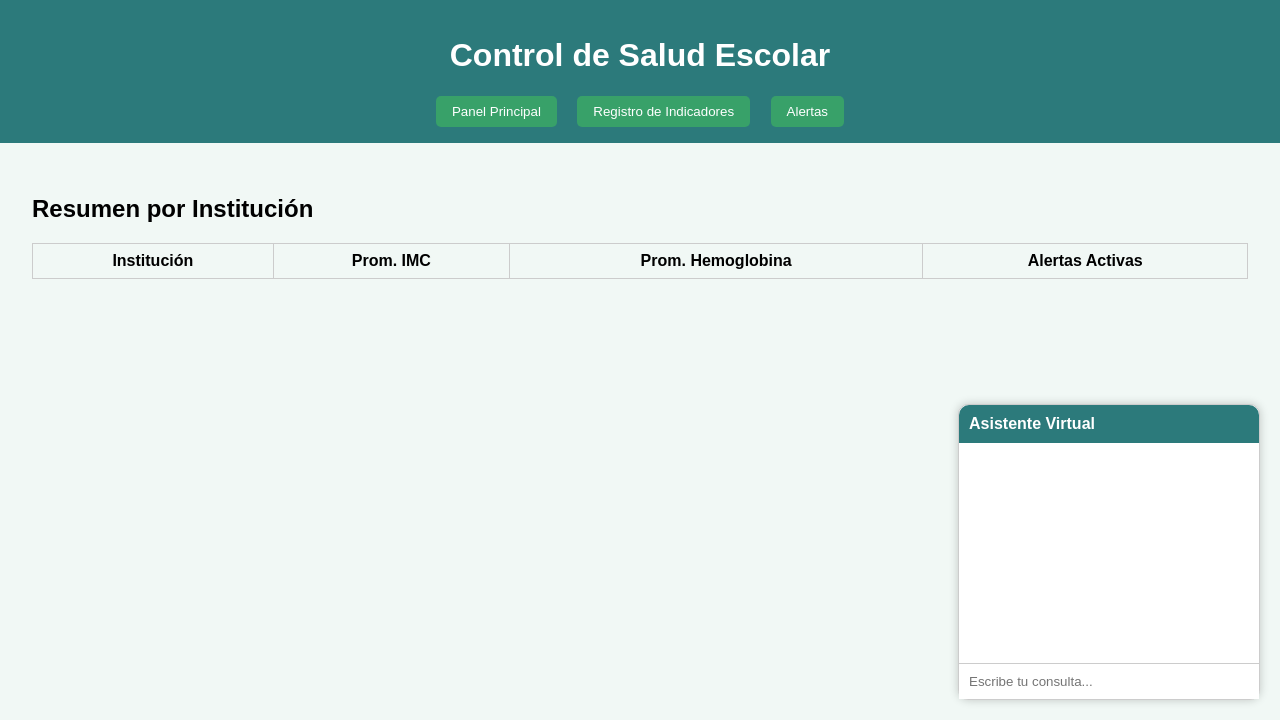
Repository: Eduardoaguic/control-salud-escolar
Page: index.html
An editor plug-in stored every save of this project. The page is shown before and after the next save, followed by the edit.
The browser window is 1280 px wide. The pictures show the whole page.

Above is the page before, as saved 2025-05-26 01:29:16.

After the next save:
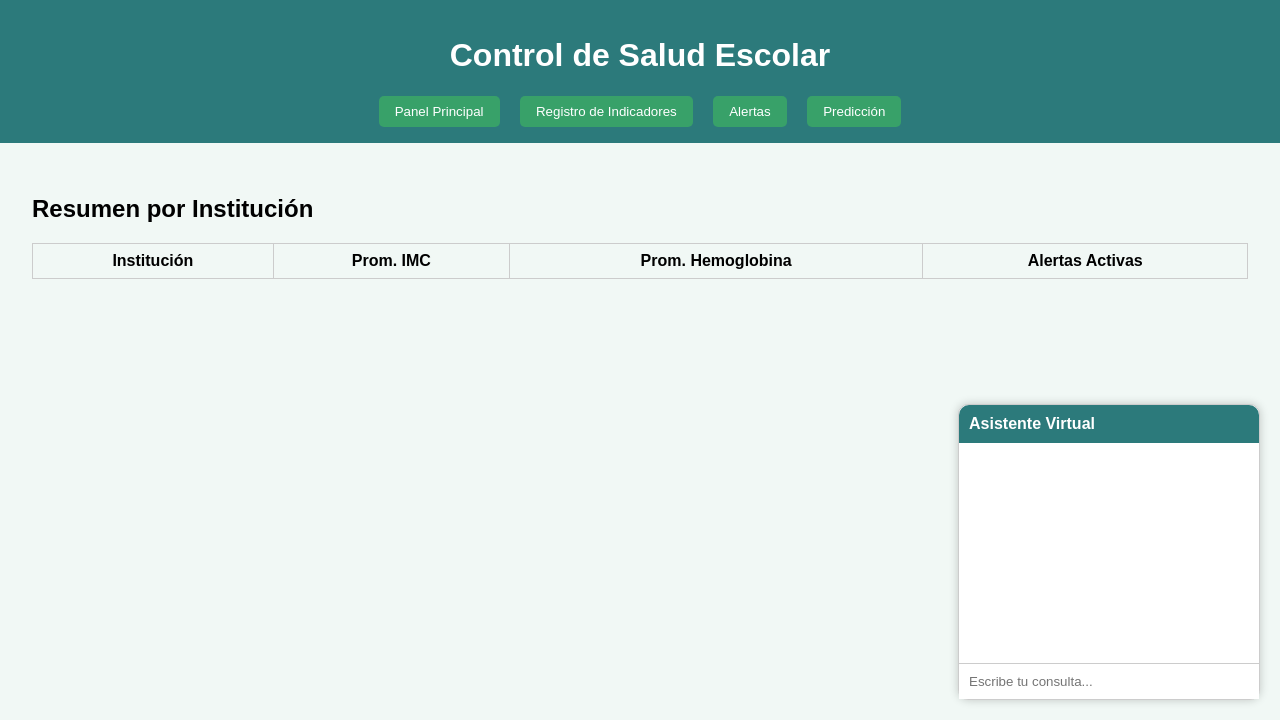
Saved 3 min 35 s later.
--- a/index.html
+++ b/index.html
@@ -13,6 +13,7 @@
       <button onclick="mostrarSeccion('panel')">Panel Principal</button>
       <button onclick="mostrarSeccion('registro')">Registro de Indicadores</button>
       <button onclick="mostrarSeccion('alertas')">Alertas</button>
+      <button onclick="mostrarSeccion('prediccion')">Predicción</button>
     </nav>
   </header>
 
@@ -21,10 +22,10 @@
     <div id="chatbot" class="chatbot">
       <div class="chatbot-header">Asistente Virtual</div>
       <div class="chatbot-body" id="chatbody"></div>
-      <input type="text" id="userInput" placeholder="Escribe tu consulta..." onkeydown="if(event.key==='Enter'){enviarPregunta()}">
+      <input type="text" id="userInput" placeholder="Escribe tu consulta..." onkeydown="if(event.key==='Enter'){enviarPregunta()}" />
     </div>
 
-    <!-- Sección: Panel Principal -->
+    <!-- Panel Principal -->
     <section id="panel" class="seccion visible">
       <h2>Resumen por Institución</h2>
       <table>
@@ -42,7 +43,7 @@
       </table>
     </section>
 
-    <!-- Sección: Registro de Indicadores -->
+    <!-- Registro de Indicadores -->
     <section id="registro" class="seccion">
       <h2>Registro de Indicadores</h2>
       <form id="formIndicador">
@@ -63,13 +64,23 @@
       <p id="resultado"></p>
     </section>
 
-    <!-- Sección: Alertas -->
+    <!-- Listado de Alertas -->
     <section id="alertas" class="seccion">
       <h2>Listado de Alertas</h2>
       <ul id="listaAlertas">
         <!-- Alertas se listarán aquí -->
       </ul>
     </section>
+
+    <!-- Predicción de Riesgos -->
+    <section id="prediccion" class="seccion">
+      <h2>Predicción de Riesgo por Institución</h2>
+      <p>Este módulo mostrará predicciones basadas en datos históricos de salud.</p>
+      <ul id="listaPredicciones">
+        <li>Institución A - Riesgo de Anemia: Moderado</li>
+        <li>Institución B - Riesgo de Malnutrición: Alto</li>
+      </ul>
+    </section>
   </main>
 </body>
 </html>
